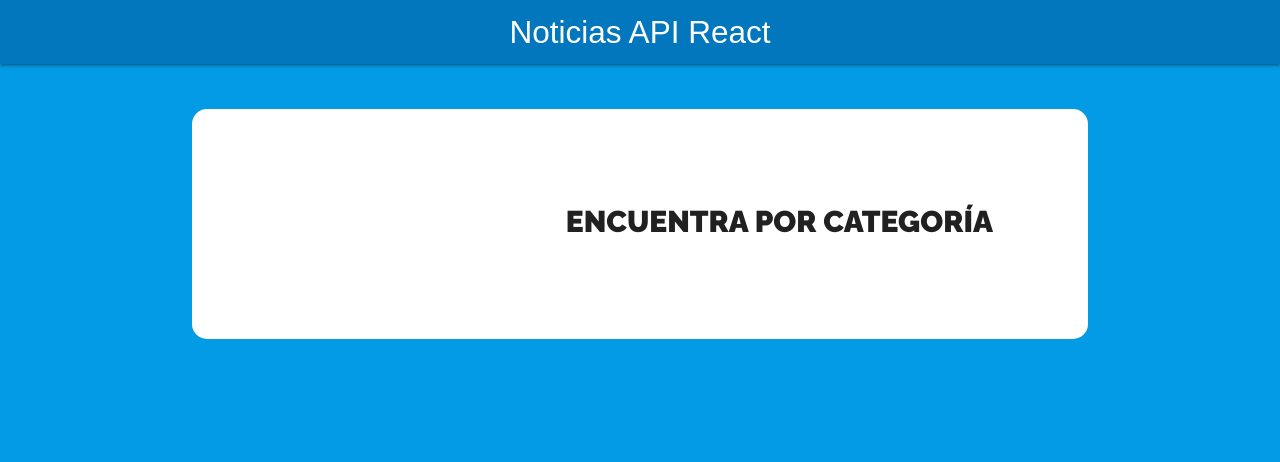
Repository: ppfeliuu/News-API-React
Page: /
These files come from the project's save history. The page is drawn as it stood at one moment and after the next save; the edit follows.
The browser window is 1280 px wide. The pictures show the whole page.
The page's requests for data from a server got no answer. The project was rebuilt for these pictures with package versions that can differ from the ones it lists, and the page was loaded fresh each time. No one was signed in, and anything a server would have sent is missing. Also part of the build but not shown: src/components/Noticia.js.

Above is the page before, as saved 2019-06-19 11:05:08.

After the next save:
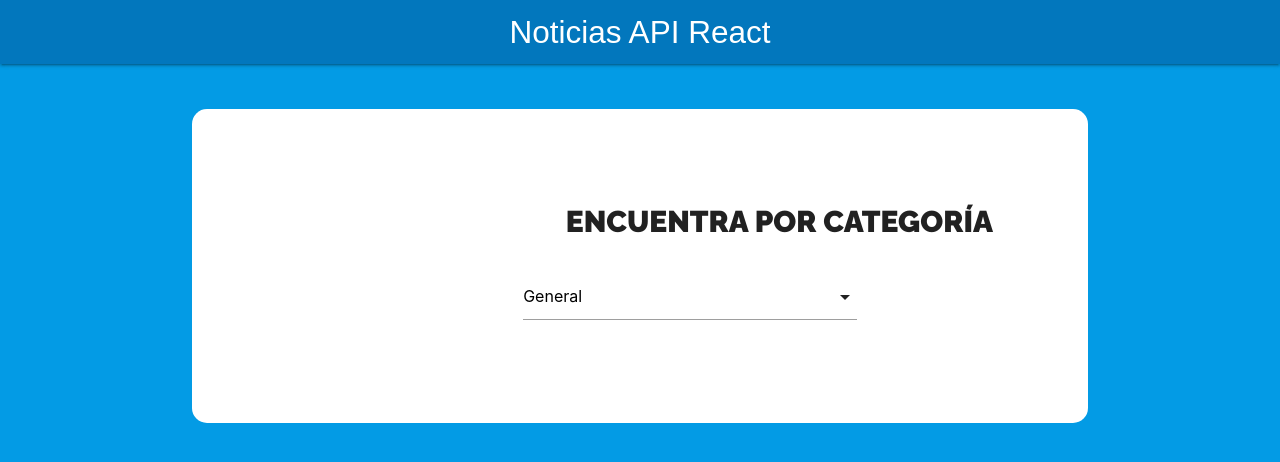
Saved 4 min 7 s later.
--- a/src/components/Formulario.js
+++ b/src/components/Formulario.js
@@ -8,6 +8,18 @@ class Formulario extends Component {
                 <div className="col s12 m8 offset-2">
                     <form >
                         <h2>Encuentra por categoría</h2>
+
+                        <div className="input-field col s12 m8">
+                            <select >
+                                <option value="general">General</option>
+                                <option value="business">Business</option>
+                                <option value="entertainment">Entertainment</option>
+                                <option value="health">Health</option>
+                                <option value="science">Science</option>
+                                <option value="sports">Sports</option>
+                                <option value="technology">Technology</option>
+                            </select>
+                        </div>
                     </form>
                 </div>
             </div>
